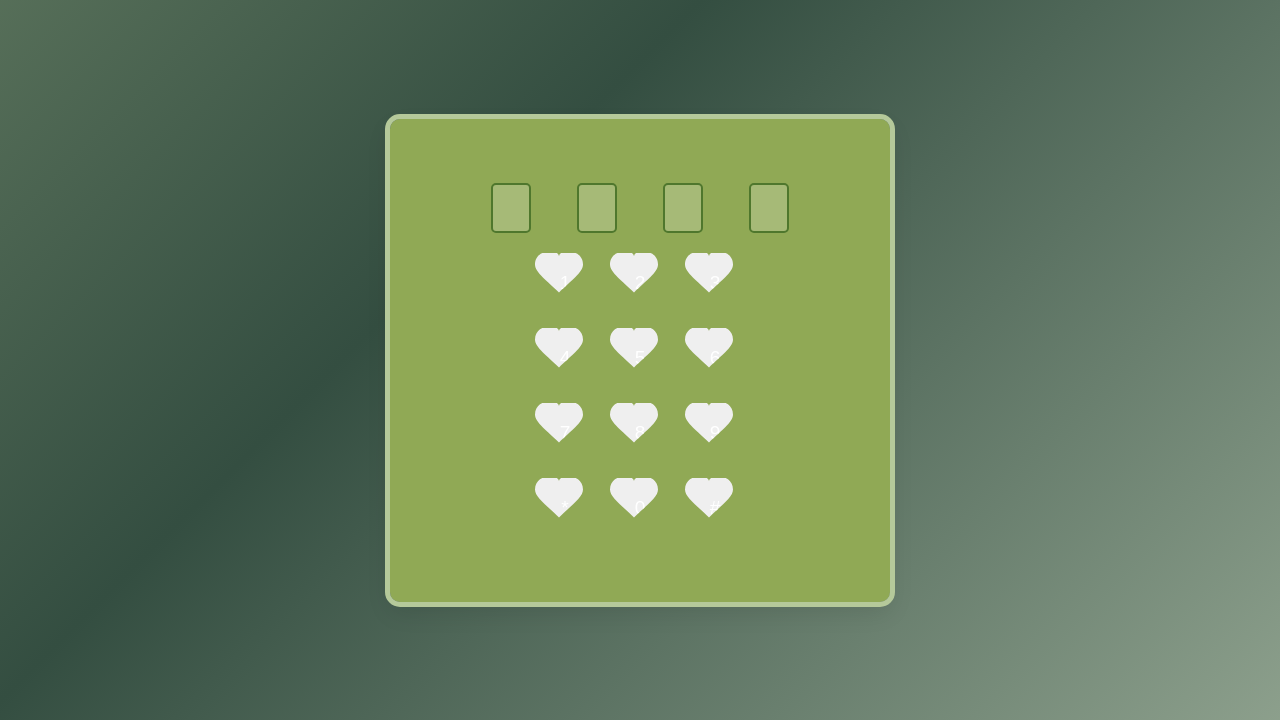
Repository: jahatesu/project-cutie
Page: index.html
These files come from the project's save history. The page is drawn as it stood at one moment and after the next save; the edit follows.
The browser window is 1280 px wide. The pictures show the whole page.
Some web libraries are served in a nearby version.

Above is the page before, as saved 2025-08-14 21:05:43.
Console error: TypeError: Cannot read properties of null (reading 'getBoundingClientRect')

### index.html
<!DOCTYPE html>
<html lang="en">
<head>
    <meta charset="UTF-8"
    meta http-equiv="X-UA-Compatible" content="IE=edge">
    <meta name="viewport" content="width=device-width, initial-scale=1.0">
    <title>idk yet</title>
    <link rel="stylesheet" href="https://cdnjs.cloudflare.com/ajax/libs/font-awesome/7.0.0/css/all.min.css">
    <link rel="stylesheet" href="style.css">
</head>

<body>
    <div class="wrapper">
        <!-- <i class="fa-solid fa-heart"></i>
        <h2 class="question">Do you wanna see why I think you’re the cutest?</h2>
        <div class="btn-group">
            <button class="btn-yes">Yes</button>
            <button class="btn-no">No</button>
        </div> -->

        <!-- PIN DISPLAY -->
         <div class="pin-display">
            <div class="pin-box"></div>
            <div class="pin-box"></div>
            <div class="pin-box"></div>
            <div class="pin-box"></div>
         </div>

         <!-- HEART BUTTONS -->
         <div class="heart-pad">
            <button data-num = "1">1</button>
          <button data-num = "2">2</button>
          <button data-num = "3">3</button>
          <button data-num = "4">4</button>
          <button data-num = "5">5</button>
          <button data-num = "6">6</button>
          <button data-num = "7">7</button>
          <button data-num = "8">8</button>
          <button data-num = "9">9</button>
          <button data-num = "*">*</button>
          <button data-num = "0">0</button>
          <button data-num = "#">#</button>
         </div>
    </div>

    <script src="script.js"></script>


</body>
</html>

### style.css
:root{
    --bg1:#e9f5db;
    --bg2:#90a955;
    --accent:#b5c99a;
    --ink:#232323;
    --splash-duration: 2600ms;
  }

*{
    margin: 0;
    padding: 0;
    box-sizing: border-box;
}

html, body {
    display: flex;
    justify-content: center;
    align-items: center;
    min-height: 100vh;
  width: 100%;
  height:100%;
}

body {
    background: linear-gradient(-45deg, #e9f5db, #344e41, #b5c99a, #23d5ab);
    background-size: 400% 400%;
    animation: gradient 15s ease infinite;
}

@keyframes gradient {
    0% {
        background-position: 0% 50%;
    }
    50% {
        background-position: 100% 50%;
    }
    100% {
        background-position: 0% 50%;
    }
}
.wrapper{
    position: relative;
    width: 90%;
    padding: 5%;
    max-width: 500px;
    margin: 50px 50px;
    height: fit-content;
    /* max-height: 50%; */
    background: #90a955;
    border-radius: 10px;
    display: flex;
    justify-content: center;
    align-items: center;
    box-shadow: 0 10px 25px rgba(0,0,0,0.1);
    flex-direction: column;
    text-align: center;
    outline: 5px solid #b5c99a;
}

.pin-display{
  display: flex;
  justify-content: space-between;
  margin-bottom: 20px;
  width: 80%;
}

.pin-box{
  width: clamp(30px, 9vw, 40px);
  height: clamp(30px, 9vw, 50px);
  border: 2px solid #4f772d;
  border-radius: 5px;
  background: rgba(255,255,255,0.2);
}

.heart-pad{
  display: grid;
   grid-template-columns: repeat(3, 60px);
  gap: 15px;
}

.heart-pad button {
  position: relative;
  width: 60px;
  height: 60px;
  font-size: 1.2rem;
  color: white;
  border: none;
  cursor: pointer;
  background: #;
  clip-path: path("M24 4 C24 -4, 0 -4, 0 12 C0 20, 12 28, 24 40 C36 28, 48 20, 48 12 C48 -4, 24 -4, 24 4 Z");
}

/* .wrapper i {
  font-size: 50px;
  margin-bottom: 10px;
  color: #e9f5db;
}

i{
    font-size:7.5em;
    color: #e9f5db;
    border: 5px solid transparent;
}

h2{
    font-size: 2em;
    color: #e9f5db;
    margin: 15px 0;
}
@media (max-width: 600px) {
  .h2 {
    font-size: 1.2rem;
  }
}

.btn-group{
    width: 100%;
    height: 40px;
    display: flex;
    justify-content: center;
    margin-top: 15px;
}

button {
    position: absolute;
    width: 150px;
    height: inherit;
    font-size: 1.2em;
    color: #e9f5db;
    font-weight: 600;
    border-radius: 30px;
    border: 2px solid #4f772d;
    cursor: pointer;
    box-shadow: 0 5px 15px rgba(0,0,0,0.3);
}

button:nth-child(1){
    margin-left: -200px;
    background: #4f772d;
    color: #b5c99a;
}

button:nth-child(2){
    margin-right: -200px;
    color: #b5c99a;
}

@media (max-width: 400px) {
  .question {
    font-size: 5vw;
  }
  button {
    font-size: 4vw;
  }
} */

### script.js
const wrapper = document.querySelector(".wrapper");
const question = document.querySelector(".question");
const yesBtn = document.querySelector(".btn-yes");
const noBtn = document.querySelector(".btn-no");

const wrapperRect = wrapper.getBoundingClientRect();
const noBtnRect = noBtn.getBoundingClientRect();


yesBtn.addEventListener('click', () => {
    question.innerHTML = 'I knew it! Love you too <3 ';
})

noBtn.addEventListener('mouseover', () => {
    const i = Math.floor(Math.random() * (wrapperRect.width - noBtnRect.width));
    const j = Math.floor(Math.random() * (wrapperRect.height - noBtnRect.height));
    noBtn.style.left = i + "px";
    noBtn.style.top = j + "px";
})

After the next save:
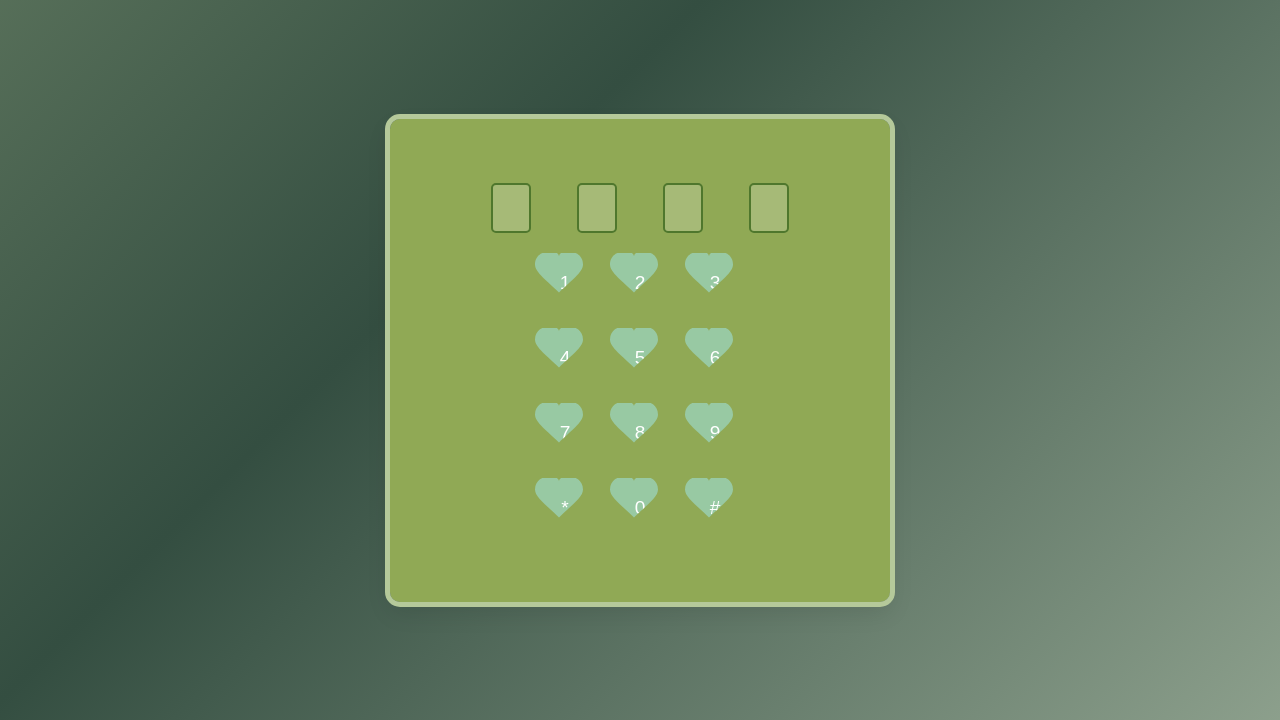
Saved 38 s later.
--- a/style.css
+++ b/style.css
@@ -86,7 +86,7 @@ body {
   color: white;
   border: none;
   cursor: pointer;
-  background: #;
+  background: #98c9a3;
   clip-path: path("M24 4 C24 -4, 0 -4, 0 12 C0 20, 12 28, 24 40 C36 28, 48 20, 48 12 C48 -4, 24 -4, 24 4 Z");
 }
 
